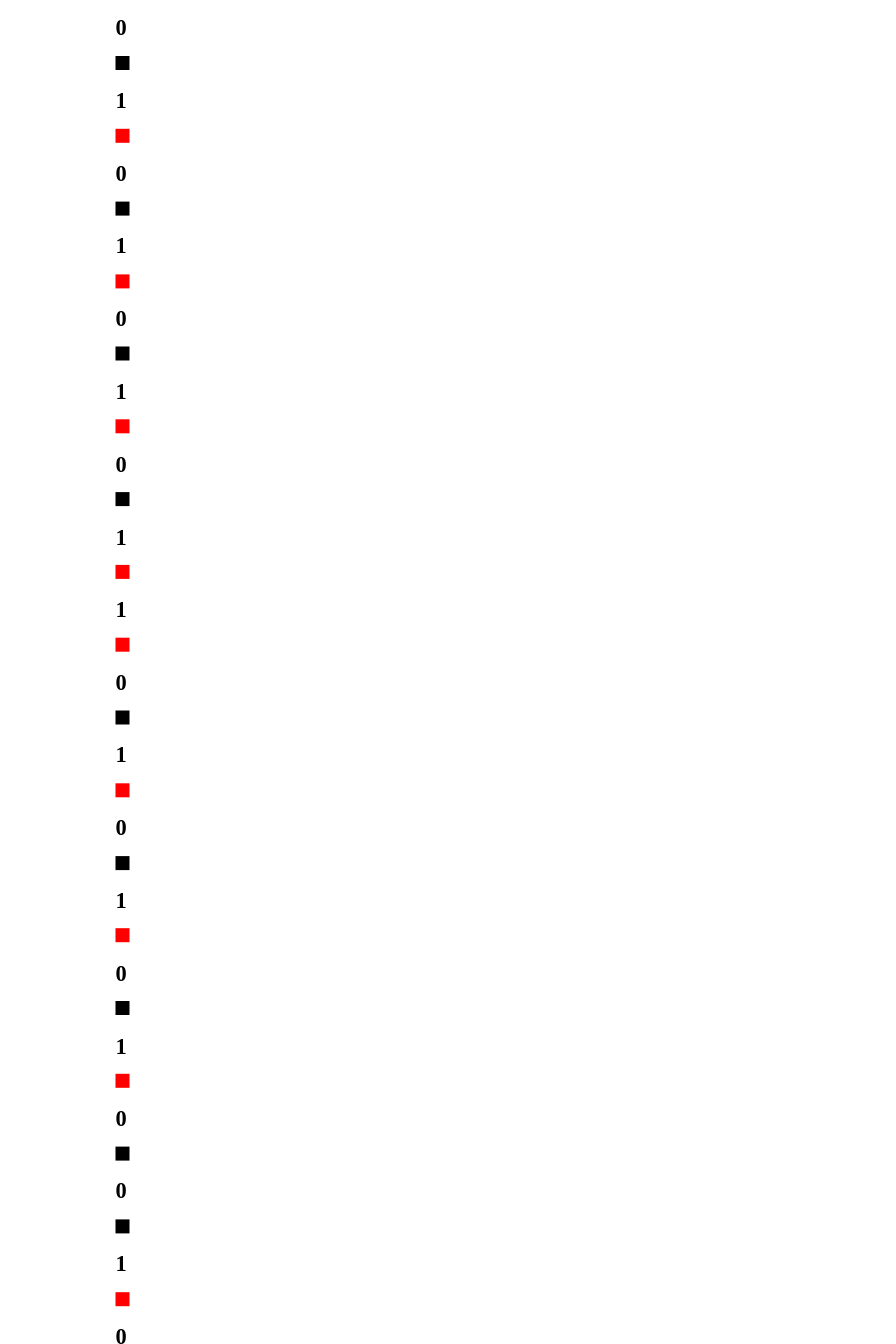
Repository: harshithamagani/Java-Basics
Page: http://localhost/setup/NewFile.jsp
These files come from the project's save history. The page is drawn as it stood at one moment and after the next save; the edit follows.
The browser window is 1280 px wide. The pictures show the part of the page from y = 0 to 1920 px (the page is 6656 px tall before and 720 px after), at 70% of full size.
The page is served by Tomcat 9.

Above is the page before, as saved 2019-11-04 21:24:17.

After the next save:
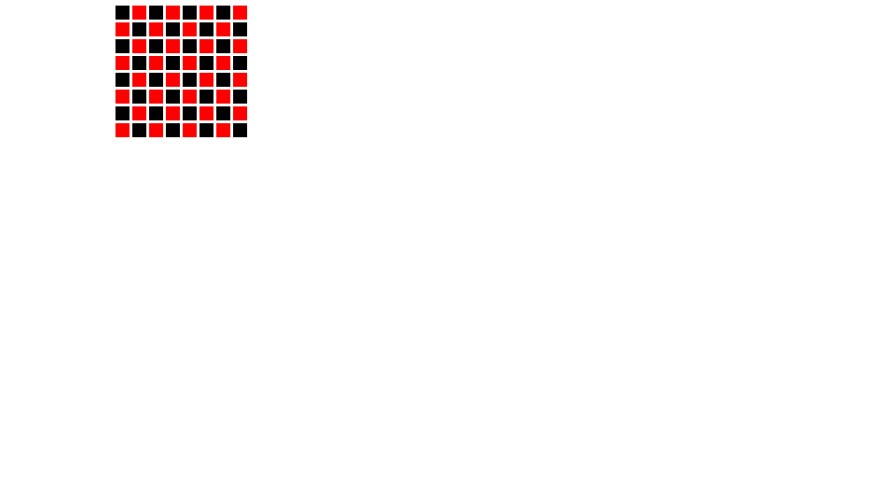
Saved 17 s later.
--- a/setup/WebContent/NewFile.jsp
+++ b/setup/WebContent/NewFile.jsp
@@ -53,11 +53,9 @@
        <div class="row"></div>
        <% for(int n=0;n<num2;n++) { %>
        <% if((m+n)%2 != 0){ %>
-       <h1><%= (m+n)%2 %></h1>
        <div class='col' style="background-color:red"></div>
        <% } %>
        <% if((m+n)%2 == 0) { %>
-       <h1><%= (m+n)%2 %></h1>
        <div class='col' style="background-color:black"></div>
        <% } %>
        <% } %>
